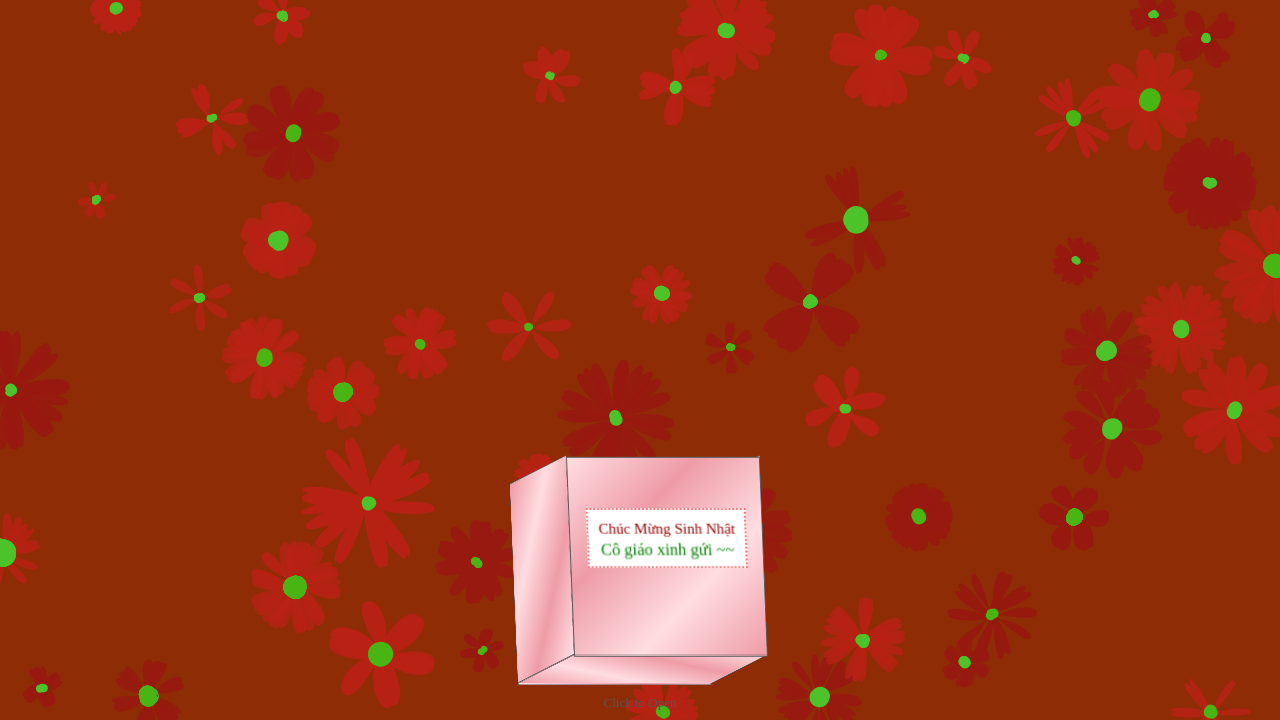
Repository: longhuu2204/click-me
Page: index.html
The author's editor kept a copy of each file at every save. The page is drawn from the files as they stood at one save, then again after the next save.
The browser window is 1280 px wide. The pictures show the whole page.

Above is the page before, as saved 2023-03-10 23:42:08.

### index.html
<html lang="en">
  <head>
    <meta charset="UTF-8" />
    <meta http-equiv="X-UA-Compatible" content="IE=edge" />
    <meta name="viewport" content="width=device-width, initial-scale=1.0" />
    <title>Document</title>
    <link rel="stylesheet" href="canvas.css" />
    <link rel="stylesheet" href="present.css" />
    <link rel="stylesheet" href="card.css" />
    <link rel="stylesheet" href="index.css" />
    <script src="jquery.js"></script>
  </head>
  <body>
    <div class="parent">
      <canvas id="canvas"></canvas>
      <section class="above-fold">
        <div class="wrap-present">
          <div class="present-box" id="present">
            <div class="present">
              <div class="img-wrap" id="present-image"></div>
            </div>
            <div class="side front"></div>
            <div class="side back"></div>
            <div class="side left"></div>
            <div class="side right"></div>
            <div class="side top">
              <span class="to">
                <span class="name" id="nametag"> </span>
              </span>
            </div>
            <div class="side bottom"></div>
          </div>
        </div>
        <p class="info-text">Click to Open</p>
      </section>

      <div id="card">
        <h4 class="title-card">💘little coder💘</h4>

        <img src="Nga3.jpeg" class="honey" />

        <h4 class="content-card">
          Happy Birthday Make A Wish. Dear brother, hope you receive everything
          you wish for this year. You deserve the best! Thanks for being such a
          great brother.💘
        </h4>
      </div>
    </div>
    <audio autoplay loop id="playAudio">
      <source src="nhacnen.mp3" />
    </audio>
  </body>
  <script src="config.js"></script>
  <script src="canvas.js"></script>
  <script src="present.js"></script>
  <script></script>
</html>

### present.css
html,
body {
  margin: 0;
}

.above-fold {
  height: 100vh;
  width: 100vw;
  padding: 0;
  margin: 0;
  perspective: 800px;
  perspective-origin: 50% 200px;
  display: flex;
  flex-wrap: wrap;
  position: relative;
}
.above-fold .info-text {
  width: 100%;
  display: block;
  text-align: center;
  margin: 0;
  padding: 0;
  color: #555;
  font-family: "Avenir";
  font-weight: 100;
  font-size: 13px;
  height: 25px;
  align-self: flex-end;
}

.wrap-present {
  width: 100%;
  display: flex;
  align-self: flex-end;
  position: absolute;
  transform: translate(0, -50px);
}

.present-box {
  transform-style: preserve-3d;
  width: 200px;
  height: 200px;
  margin: auto;
  -webkit-animation: rotate 11s alternate linear infinite;
  animation: rotate 11s alternate linear infinite;
  cursor: pointer;
}
.present-box:hover {
  -webkit-animation: staticFront 700ms ease forwards;
  animation: staticFront 700ms ease forwards;
}
.present-box.open {
  /*&>.side.top{
        opacity: .2;
    }*/
  -webkit-animation: zoomIn 1s ease-in forwards;
  animation: zoomIn 1s ease-in forwards;
  transform: rotateX(-103deg) rotateY(-180deg);
  transition: transform 400ms;
}
.present-box.open .present {
  pointer-events: auto;
  visibility: visible;
}
.present-box.open .present .img-wrap {
  opacity: 1;
  transition: transform 600ms 800ms, opacity 800ms 200ms;
  transform: translateZ(0px);
}
.present-box.open > .side {
  opacity: 0.3;
  transition: opacity 500ms 600ms;
}
.present-box.open > .side.back {
  opacity: 0.7;
  transform: translateZ(-101px) rotateY(180deg);
}
.present-box.open > .side.front {
  transition: transform 800ms 0s, opacity 500ms 600ms, width 600ms 600ms;
  transform: translateZ(100px) rotateY(190deg) translateX(0px);
  transform-origin: 0% 0%;
  opacity: 0.3;
  width: 0;
}

.present-box .present {
  position: absolute;
  width: 200px;
  height: 200px;
  z-index: 50;
  transform: rotateY(-180deg) rotateX(180deg) translateZ(-100px);
  display: flex;
  perspective: 600px;
  pointer-events: none;
  visibility: hidden;
}
.present-box .present > .img-wrap {
  width: 200px;
  align-self: center;
  transition: transform 400ms;
  opacity: 0;
  transform: translateZ(-80px);
}
.present-box .present > .img-wrap a {
  transition: transform 300ms;
  position: relative;
  display: block;
  transform: scale(0.94);
}
.present-box .present > .img-wrap a:hover {
  transform: scale(1);
}
.present-box .present > .img-wrap img {
  max-width: 95%;
  height: 95%;
  margin-top: 0.5%;
  margin-left: 1.75%;
}

.present-box > .side {
  width: 200px;
  height: 200px;
  position: absolute;
  display: block;
  border: #555 solid 1px;
  background: repeating-linear-gradient(
    45deg,
    #ee9ca7,
    #ffdde1,
    #ee9ca7,
    #ffdde1
  );
  top: 0;
  left: 0;
  transition: transform 400ms;
}
.present-box > .side.back {
  transform: translateZ(-100px) rotateY(180deg);
}
.present-box > .side.right {
  transform: rotateY(-270deg) translateX(100px);
  transform-origin: top right;
}
.present-box > .side.left {
  transform: rotateY(270deg) translateX(-100px);
  transform-origin: center left;
}
.present-box > .side.top {
  transform: rotateX(-90deg) translateY(-100px);
  transform-origin: top center;
  transform-style: preserve-3d;
  perspective: 100px;
  text-align: center;
}
.present-box > .side.top .to {
  display: inline-block;
  font-family: cursive;
  position: relative;
  padding: 10px 10px 30px 10px;
  border: 5px dotted #ff6666;
  border-width: 2px;
  background: #fff;
  margin: auto;
  transform: translateZ(-2px) translateY(50px);
}
.present-box > .side.top .to:after {
  content: attr(data-before);
  display: inline-block;
  transform: rotateY(180deg);
  color: #990000;
}
.present-box > .side.top .to .name {
  display: block;
  position: absolute;
  transform: translateY(20px) rotateY(180deg) translateX(10px);
  text-align: center;
  width: 100%;
  font-size: 1.1rem;
  color: green;
}
.present-box > .side.bottom {
  transform: rotateX(90deg) translateY(100px);
  transform-origin: bottom center;
}
.present-box > .side.front {
  transform: translateZ(100px);
}

@-webkit-keyframes rotate {
  100% {
    transform: rotateY(-360deg) rotateX(180deg);
  }
}

@keyframes rotate {
  100% {
    transform: rotateY(-360deg) rotateX(180deg);
  }
}
@-webkit-keyframes staticFront {
  100% {
    transform: rotateX(-100deg) rotateY(-180deg);
  }
}
@keyframes staticFront {
  100% {
    transform: rotateX(-100deg) rotateY(-180deg);
  }
}
@-webkit-keyframes zoomIn {
  50% {
    transform: rotateX(-143deg) rotateY(-180deg) translateZ(-15px);
  }
  100% {
    transform: rotateX(-167deg) rotateY(-180deg) translateZ(-15px) scale(1.2);
  }
}
@keyframes zoomIn {
  50% {
    transform: rotateX(-143deg) rotateY(-180deg) translateZ(-15px);
  }
  100% {
    transform: rotateX(-167deg) rotateY(-180deg) translateZ(-15px) scale(1.2);
  }
}

### card.css
#card {
  margin: 4%;
  position: absolute;
  height: auto;
  width: 350px;
  border-radius: 10px;
  background-color: white;
  background-image: url("https://image.freepik.com/free-vector/open-gift-box-with-heart-shape-confetti-burst-explosion-3d-valentines-day-romantic-gift_165143-438.jpg");
  background-size: 50vh, 70vh;
  box-shadow: 0px 0px 20px red;
  transform: rotate(5deg);
  top: 0px;
  opacity: 0;
  left: -200%;
}

.honey {
  margin: auto;
  padding: 5%;
  display: block;
  border-radius: 50%;
  box-shadow: 0 4px 8px 0 red;
  width: 100px;
  height: 100px;
  object-fit: cover;
}

h4 {
  text-align: center;
  -webkit-text-fill-color: rgba(0, 200, 200, 0.1);
  -webkit-background-clip: text;
  background-image: url("https://i.pinimg.com/originals/20/21/7f/20217f7fa2c9701b8128d8fb153a4db9.gif");
  font-family: "Allura", cursive;
  padding: -2%;
  font-size: 19px;
  overflow: hidden;
}

.card-show {
  opacity: 1 !important;
  left: 0 !important;
  transition: all 3s;
}

### config.js
const nameGirl = 'Cô giáo xinh gứi ~~';
const giftUrl = '';
const eventName = 'Chúc Mừng Sinh Nhật';
const titleCard = 'Tặng bạn Nga';
const contentCard = 'Chúc Nga sinh nhật tràn ngập niềm vui và những nụ cười. Mong mọi điều đẹp nhất sẽ đến với Nga trong hôm nay và cả mãi về sau ~~';

// phần dưới dành cho các bạn biết code, nếu muốn chỉnh ảnh đơn giản với base64
// Cần hỗ trợ hãy liên hệ:
// Mr-Nam http://facebook.com/nam.nodemy
// Các bạn muốn học lập trình thì tham gia Nhóm zalo tự học lập trình nhé: https://zalo.me/g/yhdkef092
const giftImage = 'Nga4.jpg';
const base64 = '';
const giftImageBase64 = "data:[embedded picture, 23 characters]" + base64;

### canvas.js
(function () {

    function playMusic(){
      var myAudio = document.getElementById('playAudio');
      if (myAudio.duration > 0 && !myAudio.paused) {
          //Its playing...do your job

      } else {
        myAudio.play()
        //Not playing...maybe paused, stopped or never played.

      }
    }

    //fields
    var canvas = document.getElementById("canvas");
    var body = document.getElementsByTagName("body")[0];
    var positions = []
    var ctx = canvas.getContext("2d");
    const MINPETAL = 5
    const MAXPETAL = 13
    var pistilC, petalC, pistilC2, petalC2

    /*Initialize flowers*/
    body.addEventListener("click",function(ev){
      drawFlowers()
      playMusic()
    })
    window.onload = drawFlowers
    window.onresize = drawFlowers


    /*Flower flunctions*/
    function drawFlowers() {
      scaleCanvas()
      //background color
      ctx.clearRect(0, 0, canvas.width, canvas.height)
      positions = []
      body.style.filter = chance(.12)?`grayscale(${getRandomInt(0,80)}%)`:""
      let mode = pick(["daisies", "multi", "quad", "roses", "crosshatch", "blueYellow", "greenRed"])
      let bg = new randomColor(minSat=50)
      if(mode=="daisies") bg.l = getRandomInt(0,50)
      canvas.style.backgroundColor = bg.hsl()

      //themes hsl=pistil color hsl2=petal color
      var colorz = {
      "daisies":{h2:12,s2:38,l2:97,h:45,s:92,l:52,vary:20,mix:false},
      "roses":{h:1,s:91,l:46,h2:1,s2:91,l2:30,vary:20,mix:true},
      "crosshatch":{h:1,s:91,l:46,vary:80,mix:true},/*only defines one varying pistil color*/
      "greenRed":{h:102,s:72,l:27,h2:348,s2:89,l2:42,vary:20,mix:false},
      "blueYellow":{h:45,s:99,l:50,h2:240,s2:67,l2:58,vary:10,mix:false},
      }
      //drawing options
      var opt = {
        mode:mode,
        spaceAround:chance(),
        allowLarge:chance(),
        padding:getRandomInt(1,4),
        innerDetails:chance(),
        petalIterations:4,
        minOpacity:getRandomFloat(.5,.9),
        invertColors: chance(.25)
      }

      //assign colors
      let colorOpt = colorz[mode]
      let colors =  getThemeColors(colorOpt) /*pistil color at index 0, petal color at index 1*/

      if(opt.invertColors){
        petalC = colors[0].hsl()
        pistilC = colors[1].hsl()
      } else {
        petalC = colors[1].hsl()
        pistilC = colors[0].hsl()
      }
      colors = getThemeColors(colorOpt)
      if(opt.invertColors){
        petalC2 = colors[0].hsl()
        pistilC2 = colors[1].hsl()
      } else {
        if(colorOpt&&colorOpt.mix){/*switching petals and pistil color*/
          petalC2 = colors[0].hsl()
          pistilC2 = colors[1].hsl()
        } else {
          petalC2 =colors[1].hsl()
          pistilC2 =colors[0].hsl()
        }
      }

      //draw the flowers
      let numFlower = mode=="multi"?getRandomInt(50,1000) : getRandomInt(40,250)
      for(let i=0; i<numFlower; i++){
        if(mode=="multi") {
          pistilC = new randomColor(minSat=50).hsl()
          petalC = new randomColor(minSat=50).hsl()
          pistilC2 = new randomColor(minSat=50).hsl()
          petalC2 = new randomColor(minSat=50).hsl()
        }
        drawFlower(opt)
      }
    }

    function drawFlower(opt) {

      let f = new Flower(opt);
      if(!f) return false;
      positions.push(new Point(f.x, f.y))
      ctx.save();
      ctx.globalAlpha = f.opacity
      ctx.lineWidth = f.lw;
      ctx.translate(f.x, f.y);
      ctx.rotate(f.rad);
      ctx.translate(-f.x, -f.y);

      ctx.fillStyle = chance()?petalC2:petalC
      ctx.strokeStyle = ctx.fillStyle

      //petals
      for (let i = 0; i < f.petals; i++) {
        ctx.translate(f.x, f.y);
        ctx.rotate((f.rotate * Math.PI) / 180);
        ctx.translate(-f.x, -f.y);
        ctx.beginPath();
        ctx.moveTo(f.x, f.y-f.shiftOut);

        for (let j = 0; j < opt.petalIterations; j++) {
          let sp1 = f.r*f.petalSpread1
          let len1 = f.r*f.petalLength1
          let sp2 = f.r*f.petalSpread2
          let len2 = f.r*f.petalLength2
          let endX = f.petalBase
          let endY = f.shiftOut
          ctx.translate(f.x, f.y);
          if(j%2==0){/*symmetric rotations for more symmetric petals, rando for some irregularity*/
             ctx.rotate((j*(360/opt.petalIterations) * Math.PI) / 180);
          } else {
             ctx.rotate((j*(getRandomInt(1,4)) * Math.PI) / 180);
          }

          ctx.translate(-f.x, -f.y);
          ctx.bezierCurveTo(f.x-sp1,/*control point #1 'upper left'*/
                            f.y-len1,
                            f.x+sp2,/*control point #2 'upper right'*/
                            f.y-len2,
                            f.x+endX,/*ending point*/
                            f.y-endY)
          if(opt.innerDetails) ctx.quadraticCurveTo(
                            f.x,/*control point*/
                            f.y+f.r,
                            f.x+getRandomInt(0,5),/*ending point*/
                            f.y)
        }

        ctx.fill();
        ctx.closePath();
        ctx.beginPath()

      }
      //pistil
       for (let j = 0; j < 3; j++) {
        ctx.arc(f.x+getRandomFloat(-2,2), f.y+getRandomFloat(-2,2), (f.r/f.centerDivisor), 0, 360)
       }

      ctx.strokeStyle = petalC;
      ctx.fillStyle = opt.mode!="crosshatch"&&opt.mode!="daisies" ? (chance()?pistilC2:pistilC) : pistilC;
      ctx.globalAlpha = 1;
      ctx.fill();
      ctx.restore();
    }

    function Flower(opt) {

      this.r = opt.allowLarge && chance(.05)? getRandomInt(50,150) : getRandomInt(20,50)
      this.x = getRandomInt(0, canvas.width)
      this.y = getRandomInt(0, canvas.height)

      if(opt.spaceAround&&positions.some(pos=>{
        let d =  distance(new Point(this.x,this.y), new Point(pos.x,pos.y))
        return d<this.r*opt.padding
      })) {
        return false;
      }

      this.lw = 4;
      this.angle = getRandomInt(0, 360)
      this.rad = (this.angle * Math.PI) / 180
      this.opacity = getRandomFloat(opt.minOpacity,1)
      this.petals = this.r <= 40 ? getRandomInt(3,9) : getRandomInt(MINPETAL,MAXPETAL)
      this.shiftOut = getRandomFloat(0,this.r/3)
      this.petalBase = getRandomInt(0,5);//getRandomInt(0,this.r<25?5:10)
      this.centerDivisor = getRandomFloat(3,9)
      this.petalSpread1 = getRandomFloat(.3,this.petals<=7?.7:.5)
      this.petalLength1 = getRandomFloat(.9,2)
      this.petalSpread2 = getRandomFloat(this.petalSpread1-.2,this.petalSpread1+.2);
      this.petalLength2 = getRandomFloat(.9,2)
      this.rotate = Math.floor(360/this.petals);
    }

    function getThemeColors(opt){
      let dPetal = new randomColor()
      let dPistil = new randomColor()
      if(!opt) return [dPistil, dPetal]
      if(opt.h) dPetal.h = opt.h + getRandomInt(-opt.vary,opt.vary)
      if(opt.s) dPetal.s = opt.s + getRandomInt(-opt.vary,opt.vary)
      if(opt.l) dPetal.l = opt.l + getRandomInt(-opt.vary,opt.vary)
      if(opt.h2) dPistil.h = opt.h2 + getRandomInt(-opt.vary,opt.vary)
      if(opt.s2) dPistil.s = opt.s2 + getRandomInt(-opt.vary,opt.vary)
      if(opt.l2) dPistil.l = opt.l2 + getRandomInt(-opt.vary,opt.vary)
      return [dPetal, dPistil]
    }


  /*utility*/
  function scaleCanvas(){
    var w = Math.max(document.documentElement.clientWidth, window.innerWidth);
    var h = Math.max(document.documentElement.clientHeight, window.innerHeight);
    console.log(`width:${w},height:${h}`)
    canvas.style.width = w + "px";
    canvas.style.height = h + "px";
    var scale = 1;//window.devicePixelRatio;

    canvas.width = Math.floor(w * scale);
    canvas.height = Math.floor(h * scale);
    ctx.scale(scale, scale);
  }
  function distance(p1, p2) {
    return Math.floor(Math.sqrt(Math.pow(p1.x-p2.x,2) + Math.pow(p1.y - p2.y,2)))
  }
  function randomColor(minSat = 0, maxSat=100, minBright=0, maxBright=100){
    this.h = getRandomInt(0,360)
    this.s = getRandomInt(minSat,maxSat)
    this.l = getRandomInt(minBright,maxBright)
    this.hsl = ()=>{return`hsl(${this.h},${this.s}%,${this.l}%)`};
  }
  function getRandomInt(min, max) {
    min = Math.ceil(min);
    max = Math.floor(max);
    return Math.floor(Math.random() * (max - min + 1)) + min;
  }
  function getRandomFloat(min, max) {
    return Math.random() * (max - min) + min;
  }
  function pick(arr) {
    return arr[Math.floor(Math.random() * arr.length)];
  }
  function chance(limit = 0.5) {
    return Math.random() < limit;
  }
  function Point(x,y) {
    this.x = x
    this.y = y
  }
  })("sweaverD.com");

### present.js

// Cần hỗ trợ hãy liên hệ:
// Mr-Nam http://facebook.com/nam.nodemy
// Các bạn muốn học lập trình thì tham gia Nhóm zalo tự học lập trình nhé: https://zalo.me/g/yhdkef092

var to = nameGirl;
var gift_url = giftUrl;
var gift_image_url = giftImage || giftImageBase64;

var nametag = document.getElementById("nametag");
var present = document.getElementById("present");
var presentImage = document.getElementById("present-image");

function init() {
  var graphElem = document.querySelector('.present-box > .side.top .to');
  graphElem.setAttribute('data-before', eventName);
  document.querySelector('#card .title-card').innerHTML = `💘${titleCard}💘`;
  document.querySelector('#card .content-card').innerHTML = `${contentCard}`;
  //document.querySelector('#card .honey').setAttribute('src', `${giftImage}`);

  var _giftLink,
      _giftImg;

  if (gift_url) {
    _giftLink = document.createElement("a");
    _giftLink.href = gift_url;
    _giftLink.target = "_blank";
    presentImage.appendChild(_giftLink);
  }

  if (gift_image_url) {
    _giftImg = document.createElement("img");
    _giftImg.src = gift_image_url;
    if(_giftLink) {
      _giftLink.appendChild(_giftImg);
    } else {
      presentImage.appendChild(_giftImg);
    }
  }

  present.addEventListener("click", function(e){
    present.classList.toggle("open");
    document.getElementById('card').classList.add('card-show');
  }, false);



  nametag.innerText = to;
}

init();

Loaded but not shown: canvas.css (common file); index.css (common file); jquery.js (library)

After the next save:
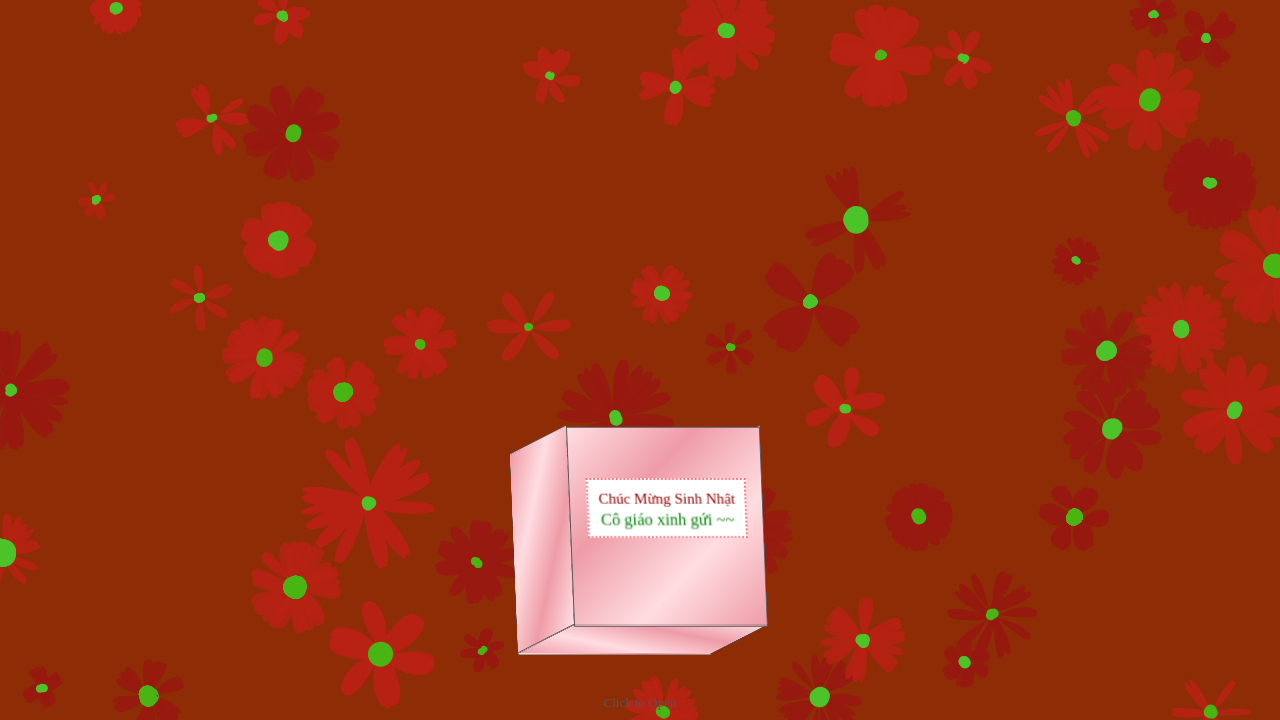
Saved 5 s later.
--- a/present.css
+++ b/present.css
@@ -33,7 +33,7 @@ body {
   display: flex;
   align-self: flex-end;
   position: absolute;
-  transform: translate(0, -50px);
+  transform: translate(0, -80px);
 }
 
 .present-box {
